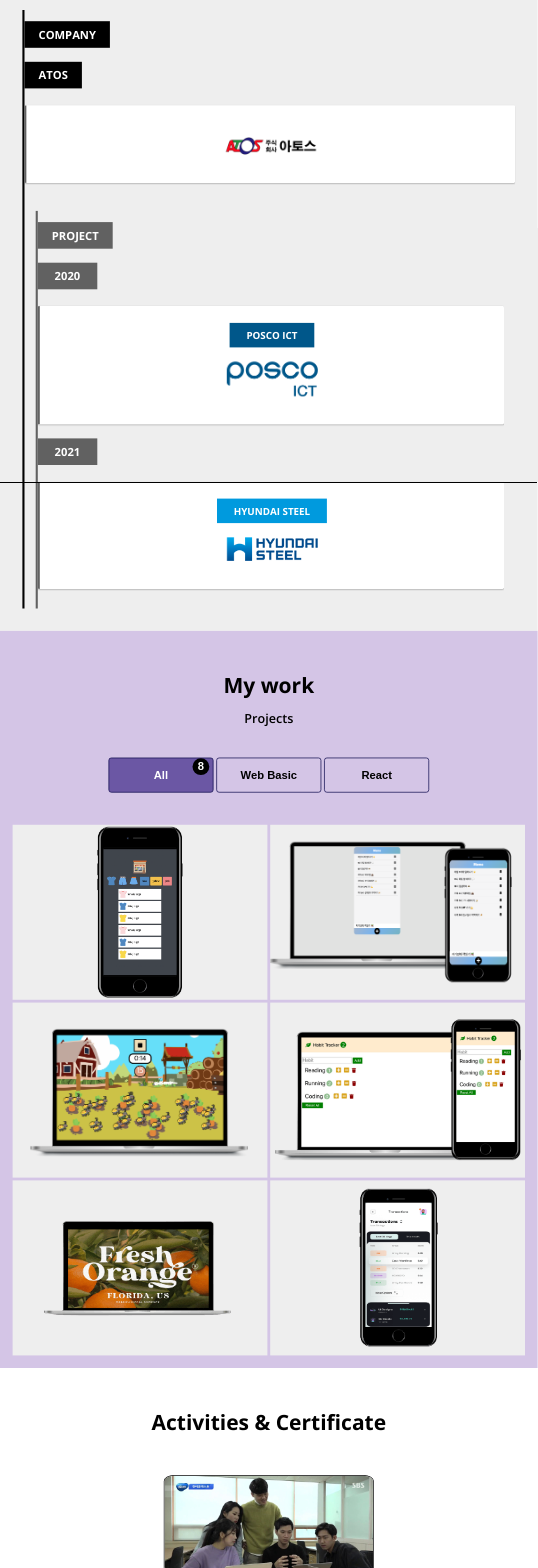
Repository: salangdung-i/portfolio
Page: index.html
These files come from the project's save history. The page is drawn as it stood at one moment and after the next save; the edit follows.
The browser window is 768 px wide. The pictures show the part of the page from y = 2216 to 4456 px (the page is 5577 px tall before and 5961 px after), at 70% of full size.
Some web fonts or font styles are not loaded; a fallback is used. Some web libraries are served in a nearby version.

Above is the page before, as saved 2021-12-27 13:00:50.

After the next save:
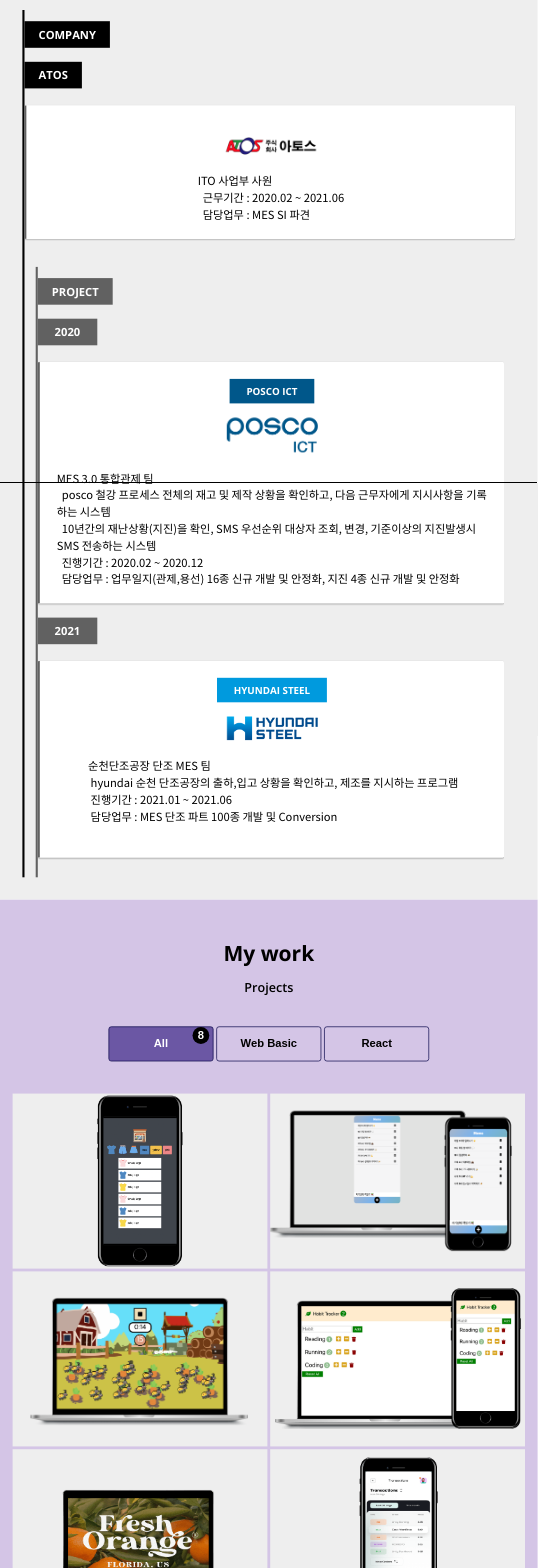
Saved 36 s later.
--- a/style.css
+++ b/style.css
@@ -396,7 +396,6 @@
 
 .category__btn {
   border: 1px solid var(--color-user-dark-purple);
-  /* var(--color-user-purple); */
   border-radius: var(--size-border-radius);
   font-size: var(--font-regular);
   font-weight: bold;
@@ -409,7 +408,6 @@
 .category__btn.selected,
 .category__btn:hover {
   background-color: var(--color-user-light-purple);
-  /* var(--color-user-purple); */
   color: var(--color-white);
 }
 
@@ -673,9 +671,9 @@
     flex-direction: column;
   }
 
-  .card p{
+  /* .card p{
     display: none;
-  }
+  } */
 
   .active--imgs {
     display: flex;
